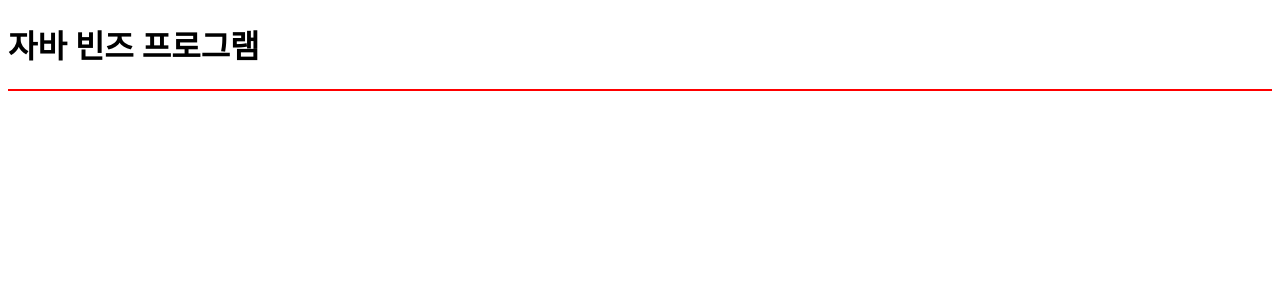
Repository: seminocoe/JSP_STUDY
Page: http://localhost/ServletProject/sample/simpleForm.jsp
These files come from the project's save history. The page is drawn as it stood at one moment and after the next save; the edit follows.
The browser window is 1280 px wide. The pictures show the whole page.
The page is served by Tomcat 9. Nobody is signed in. The application's start-up code is not run. Other server files are loaded and not shown.

Above is the page before, as saved 2022-08-02 05:15:34.

### ServletProject/src/main/webapp/sample/simpleForm.jsp
<%@ page language="java" contentType="text/html; charset=UTF-8"
    pageEncoding="UTF-8"%>
<!DOCTYPE html>
<html>
<head>
<meta charset="UTF-8">
<title></title>
</head>
<body>
<h1>자바 빈즈 프로그램</h1>
<hr color="red"><br><br>
<form action="simpleBean.jsp" method="post">


</form>
</body>
</html>

After the next save:
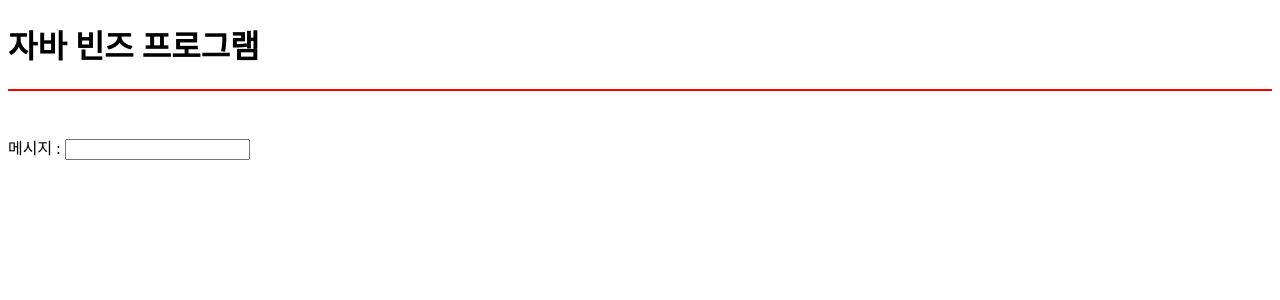
Saved 35 s later.
--- a/ServletProject/src/main/webapp/sample/simpleForm.jsp
+++ b/ServletProject/src/main/webapp/sample/simpleForm.jsp
@@ -10,7 +10,7 @@
 <h1>자바 빈즈 프로그램</h1>
 <hr color="red"><br><br>
 <form action="simpleBean.jsp" method="post">
-
+메시지 : <input type="text" name="message">
 
 </form>
 </body>
